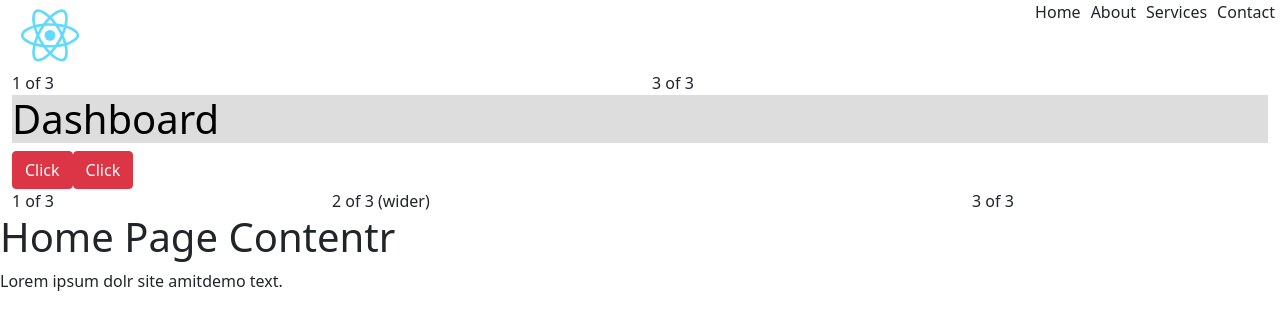
Repository: rudra319/react
Page: /
An editor plug-in stored every save of this project. The page is shown before and after the next save, followed by the edit.
The browser window is 1280 px wide. The pictures show the whole page.
The project was rebuilt for these pictures with package versions that can differ from the ones it lists, and the page was loaded fresh each time. Also part of the build but not shown: src/App.css.

Above is the page before, as saved 2022-05-17 17:08:41.

After the next save:
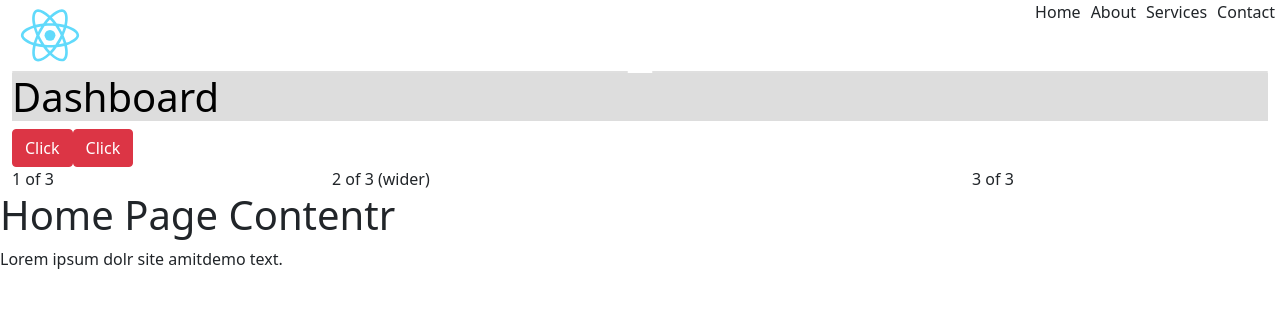
Saved 59 s later.
--- a/src/pages/dashboard/Chinmayee.jsx
+++ b/src/pages/dashboard/Chinmayee.jsx
@@ -1,5 +1,5 @@
 import React, { useState } from 'react';
-import {Button, Container, Row, Col} from 'react-bootstrap';
+import {Button, Container, Row, Col, Card} from 'react-bootstrap';
 import Button1 from 'react-bootstrap/Button';
 import './Chinmayee.css'
 
@@ -13,9 +13,11 @@
             <Button1 variant="danger" onClick={()=>setFlag(!flag)}>Click</Button1>
      */}
             <Row>
-                <Col>1 of 3</Col>
+                <Col>
+                <Card></Card>
+                </Col>
 
-                <Col>3 of 3</Col>
+                <Col><Card></Card></Col>
             </Row>
 </Container>
     )
